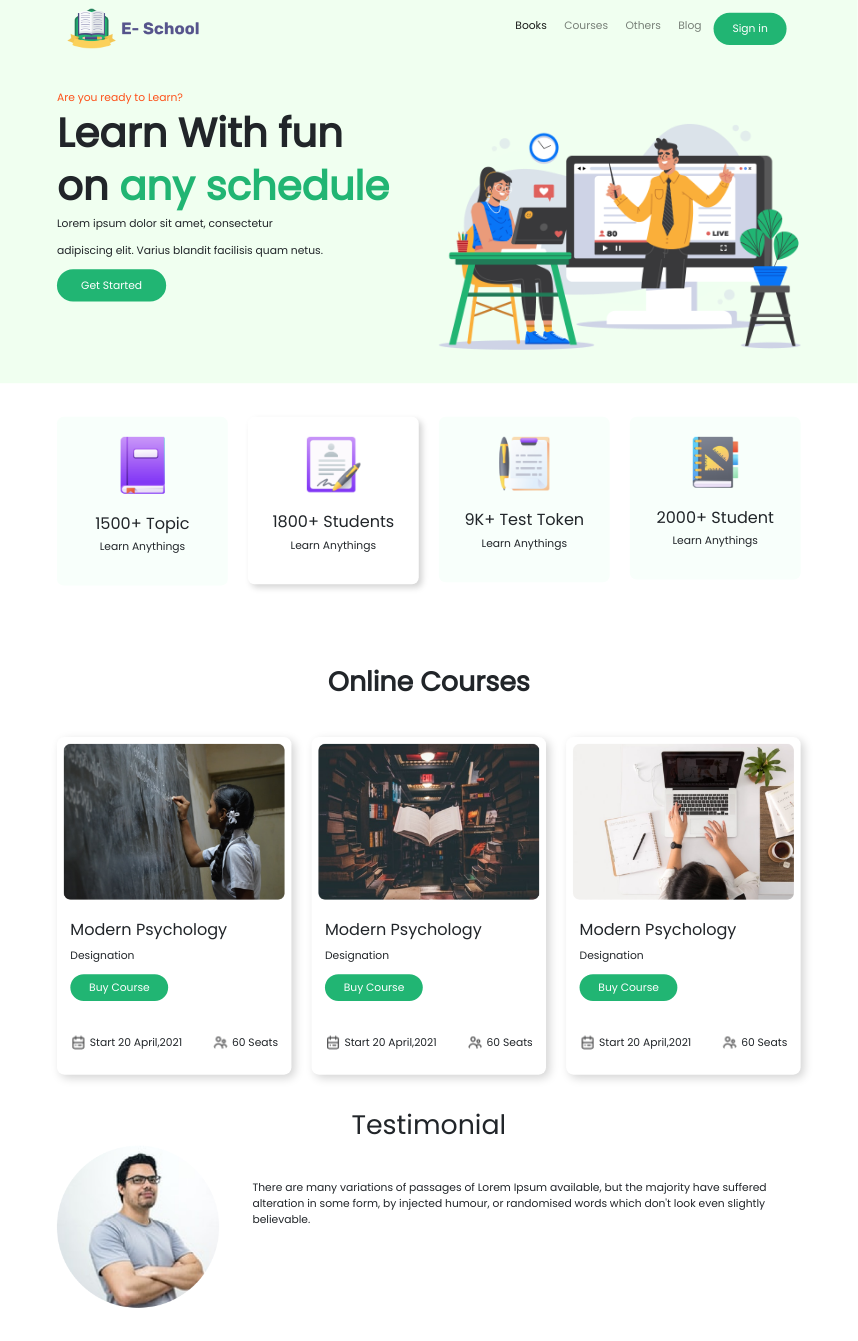
Repository: mohsinfarabi/e-school
Page: index.html
These files come from the project's save history. The page is drawn as it stood at one moment and after the next save; the edit follows.
The browser window is 1280 px wide. The pictures show the whole page, at 67% of full size.

Above is the page before, as saved 2020-07-09 18:30:28.

### index.html
<!DOCTYPE html>
<html lang="en">

<head>
    <meta charset="UTF-8">
    <meta name="viewport" content="width=device-width, initial-scale=1.0">
    <link rel="stylesheet" href="css/bootstrap/css/bootstrap.min.css">
    <link rel="stylesheet" href="style.css">
    <link href="https://fonts.googleapis.com/css2?family=Poppins" rel="stylesheet">
    <title>E-School</title>
</head>

<body>
    <section class="top-part">
        <div class="container">
            <nav class="navbar navbar-expand-lg navbar-light bg-transparent">
                <a class="navbar-brand" href="#"><img src="images/icon/Logo.png " alt=" "></a>
                </a>
                <button class="navbar-toggler" type="button" data-toggle="collapse" data-target="#navbarNav" aria-controls="navbarNav" aria-expanded="false" aria-label="Toggle navigation">
                  <span class="navbar-toggler-icon"></span>
                </button>

                <div class="collapse navbar-collapse" id="navbarNav">
                    <ul class="navbar-nav ml-auto">
                        <li class="nav-item active ">
                            <a class="nav-link " href="#books ">Books</a>
                        </li>
                        <li class="nav-item ">
                            <a class="nav-link " href="#courses ">Courses</a>
                        </li>
                        <li class="nav-item ">
                            <a class="nav-link " href="#others ">Others</a>
                        </li>
                        <li class="nav-item ">
                            <a class="nav-link " href="#blog ">Blog</a>
                        </li>
                        <li class="nav-item ">
                            <button class="sign-in">Sign in</button>
                        </li>

                    </ul>
                </div>

            </nav>
        </div>
        <div class="container">
            <div class="row top">
                <div class="col-md-6 content-position">

                    <h5>Are you ready to Learn?</h5>
                    <h1>Learn With fun </h1>
                    <h1>on <span class="highlight"> any schedule</span></h1>

                    <p>Lorem ipsum dolor sit amet, consectetur </p>
                    <p>adipiscing elit. Varius blandit facilisis quam netus.</p>

                    <button class="get-started">Get Started</button>

                </div>
                <div class="col-md-6 d-flex justify-content-center">

                    <img src="images/Photos/Illustration.png" alt="" class="img-fluid">
                </div>
            </div>
        </div>
    </section>

    <div class="container">
        <div class="row">
            <div class="col-md-3">
                <div class="cat1 d-flex flex-column justify-content-center align-items-center">

                    <img src="images/icon/book.png" alt="">

                    <h4>1500+ Topic</h4>
                    <p>Learn Anythings</p>
                </div>
            </div>
            <div class="col-md-3">
                <div class="cat2 d-flex flex-column justify-content-center align-items-center">

                    <img src="images/icon/Student.png" alt="">

                    <h4>1800+ Students</h4>
                    <p>Learn Anythings</p>
                </div>
            </div>
            <div class="col-md-3">
                <div class="cat3 d-flex flex-column justify-content-center align-items-center">

                    <img src="images/icon/Test.png" alt="">

                    <h4>9K+ Test Token</h4>
                    <p>Learn Anythings</p>
                </div>
            </div>
            <div class="col-md-3">
                <div class="cat4 d-flex flex-column justify-content-center align-items-center">

                    <img src="images/icon/Students.png" alt="">

                    <h4>2000+ Student</h4>
                    <p>Learn Anythings</p>

                </div>
            </div>
        </div>
    </div>

    <div class="container course">
        <h1>Online Courses</h1>
        <div class="card-deck">
            <div class="card">
                <img src="images/Photos/Morder pyschology.png" class="card-img-top" alt="...">
                <div class="card-body">
                    <h4 class="card-title">Modern Psychology</h4>
                    <p class="card-text">Designation</p>
                    <button class="buy-course">Buy Course</button>
                    <div class="card-bottom d-flex justify-content-between align-self-center">
                        <div class="d-flex justify-content-between">
                            <img src="images/icon/calendar.png" alt="">
                            <p>Start 20 April,2021</p>
                        </div>
                        <div class="d-flex justify-content-between">
                            <img src="images/icon/people.png" alt="">
                            <p>60 Seats</p>
                        </div>

                    </div>
                </div>

            </div>
            <div class="card">
                <img src="images/Photos/Morder psyc.png" class="card-img-top" alt="...">
                <div class="card-body">
                    <h4 class="card-title">Modern Psychology</h4>
                    <p class="card-text">Designation</p>
                    <button class="buy-course">Buy Course</button>
                    <div class="card-bottom d-flex justify-content-between align-self-center">
                        <div class="d-flex justify-content-between">
                            <img src="images/icon/calendar.png" alt="">
                            <p>Start 20 April,2021</p>
                        </div>
                        <div class="d-flex justify-content-between">
                            <img src="images/icon/people.png" alt="">
                            <p>60 Seats</p>
                        </div>

                    </div>
                </div>
            </div>
            <div class="card">
                <img src="images/Photos/Morder pychons.png" class="card-img-top" alt="...">
                <div class="card-body">
                    <h4 class="card-title">Modern Psychology</h4>
                    <p class="card-text">Designation</p>
                    <button class="buy-course">Buy Course</button>
                    <div class="card-bottom d-flex justify-content-between align-self-center">
                        <div class="d-flex justify-content-between">
                            <img src="images/icon/calendar.png" alt="">
                            <p>Start 20 April,2021</p>
                        </div>
                        <div class="d-flex justify-content-between">
                            <img src="images/icon/people.png" alt="">
                            <p>60 Seats</p>
                        </div>
                    </div>
                </div>
            </div>
        </div>
    </div>

    <div class="container testimonial">
        <h1>Testimonial</h1>
        <div class="testimonial-content d-flex align-content-center justify-content-between">
            <div>
                <img class="img-fluid w-70 d-flex flex-shrink-1" src="images/Photos/Man.png" alt="">
            </div>
            <div class="testimonial-text">
                <p>There are many variations of passages of Lorem Ipsum available, but the majority have suffered alteration in some form, by injected humour, or randomised words which don't look even slightly believable.</p>
            </div>
        </div>
    </div>












    <script src="https://code.jquery.com/jquery-3.5.1.slim.min.js " integrity="sha384-DfXdz2htPH0lsSSs5nCTpuj/zy4C+OGpamoFVy38MVBnE+IbbVYUew+OrCXaRkfj " crossorigin="anonymous "></script>
    <script src="https://cdn.jsdelivr.net/npm/popper.js@1.16.0/dist/umd/popper.min.js " integrity="sha384-Q6E9RHvbIyZFJoft+2mJbHaEWldlvI9IOYy5n3zV9zzTtmI3UksdQRVvoxMfooAo " crossorigin="anonymous "></script>
    <script src="https://stackpath.bootstrapcdn.com/bootstrap/4.5.0/js/bootstrap.min.js " integrity="sha384-OgVRvuATP1z7JjHLkuOU7Xw704+h835Lr+6QL9UvYjZE3Ipu6Tp75j7Bh/kR0JKI " crossorigin="anonymous "></script>
</body>

</html>

### style.css
    body {
        font-family: 'Poppins', sans-serif;
    }

    .container {
        margin-bottom: 50px;
    }

    .top-part {
        background-color: #F0FFF0;
    }

    .navbar img {
        width: 198.07px;
        height: 59px;
    }

    .nav-item {
        padding: 5px;
        color: black;
    }

    .sign-in {
        padding: 12px 28px;
        border: none;
        background: #21B573;
        border-radius: 33px;
        color: white;
    }

    .top {
        padding-bottom: 50px;
    }

    .top h5 {
        font-size: medium;
        color: #FD511A;
    }

    .top h1 {
        font-weight: 900;
        font-size: 60px;
    }

    .top img {
        margin-top: 50px;
    }

    .highlight {
        color: #21B573;
    }

    .get-started {
        padding: 12px 36px;
        border: none;
        background: #21B573;
        border-radius: 33px;
        color: white;
    }

    .cat1,
    .cat2,
    .cat3,
    .cat4 {
        padding: 30px;
        border-radius: 10px;
        border: none;
        margin-bottom: 20px;
    }

    .cat2 {
        box-shadow: 5px 5px 10px lightgray;
    }

    .cat1,
    .cat3,
    .cat4 {
        background-color: #F8FFFB;
    }

    .cat1 img {
        width: 66px;
        height: 85px;
        margin-bottom: 30px;
    }

    .cat2 img {
        width: 80px;
        height: 83px;
        margin-bottom: 30px;
    }

    .cat3 img {
        width: 75px;
        height: 80px;
        margin-bottom: 30px;
    }

    .cat4 img {
        width: 68px;
        height: 76px;
        margin-bottom: 30px;
    }

    .cat h4 {
        font-weight: 700;
    }

    .course h1 {
        text-align: center;
        font-weight: 900;
        padding: 50px 0px;
    }

    .card img {
        border-radius: 11px;
        padding: 10px;
    }

    .card {
        border: none;
        border-radius: 11px;
        box-shadow: 5px 5px 15px lightgray;
    }

    .card-footer {
        background-color: white;
        border-top: none;
        border-radius: 10px;
    }

    .buy-course {
        border: none;
        background: #21B573;
        border-radius: 33px;
        color: white;
        margin-bottom: 20px;
        padding: 8px 28px;
    }

    .card-bottom {
        margin-top: 30px;
    }

    .card-bottom img {
        height: 24px;
        width: 24px;
        padding: 0;
        margin-right: 5px;
    }

    .testimonial {
        text-align: center;
    }

    .testimonial-content img {
        height: auto;
    }

    .testimonial-text {
        padding: 50px;
        text-align: left;
    }

Loaded but not shown: css/bootstrap/css/bootstrap.min.css (library)

After the next save:
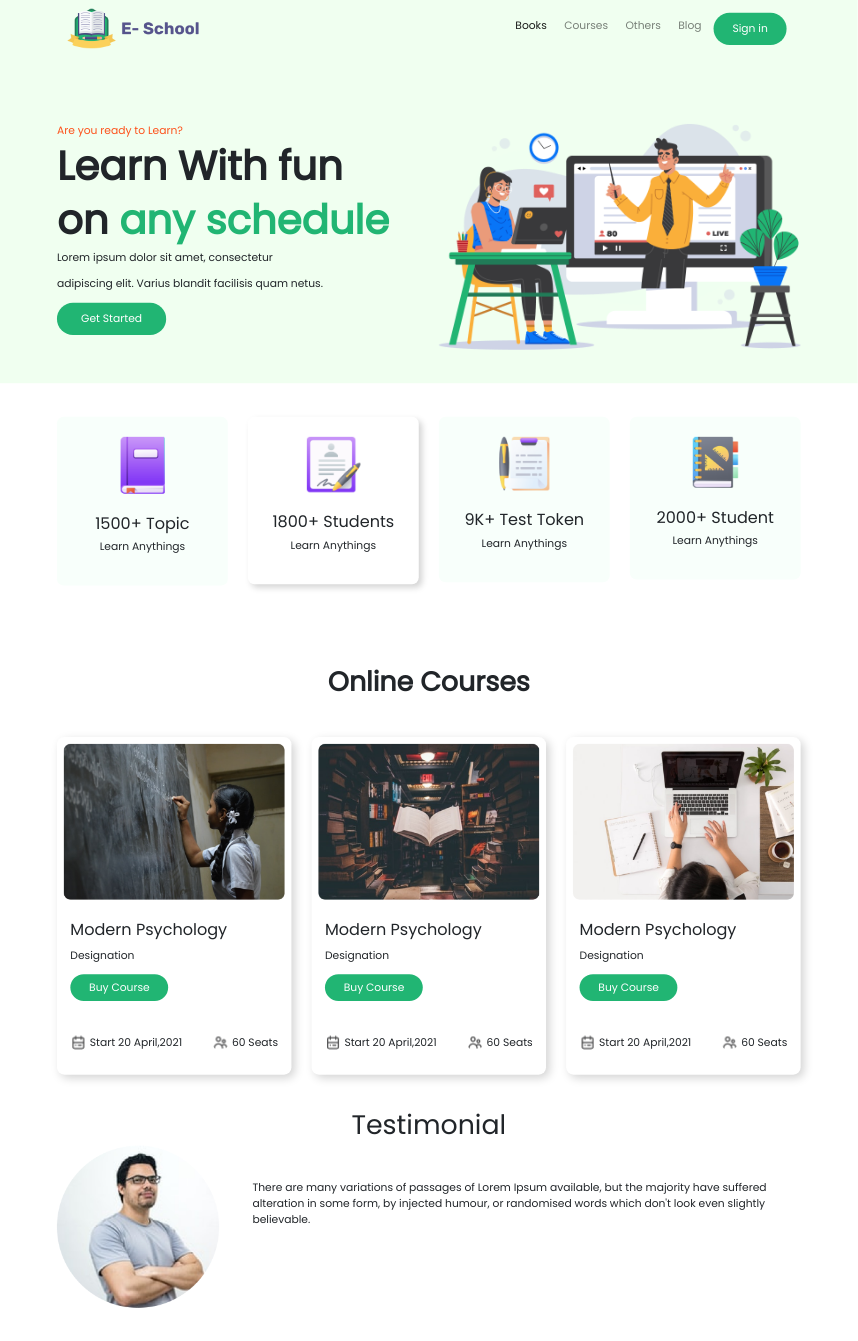
Saved 24 s later.
--- a/style.css
+++ b/style.css
@@ -26,6 +26,10 @@
         background: #21B573;
         border-radius: 33px;
         color: white;
+    }
+
+    .content-position {
+        margin-top: 50px;
     }
 
     .top {
